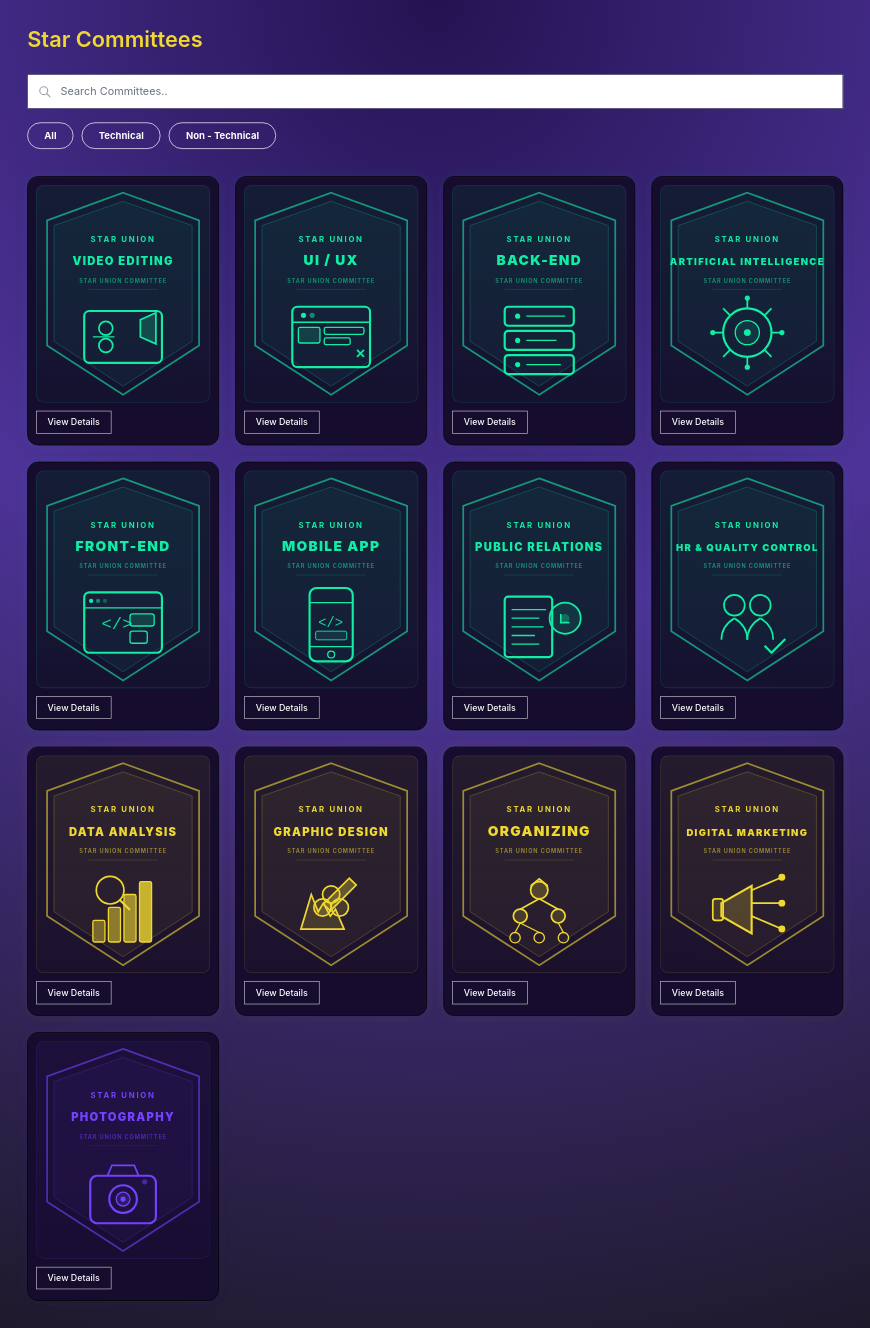
Repository: Frontend-Committee/StarUnion-Website
Page: /committees
An editor plug-in stored every save of this project. The page is shown before and after a run of saves, followed by the edit.
The browser window is 1280 px wide. The pictures show the whole page, at 68% of full size.
The project was rebuilt for these pictures with package versions that can differ from the ones it lists, and the page was loaded fresh each time. Also part of the build but not shown: vite.config.js, src/features/committees/pages/CommitteeDetailsPage.jsx, src/components/common/Navbar.jsx, src/components/common/Footer.jsx.

Above is the page before, as saved 2026-02-26 02:54:25.

### index.html
<!doctype html>
<html lang="en">
  <head>
    <meta charset="UTF-8" />
    <meta name="viewport" content="width=device-width, initial-scale=1.0" />
    <title>star-union</title>
  </head>
  <body>
    <div id="root"></div>
    <script type="module" src="/src/main.jsx"></script>
  </body>
</html>

### src/App.jsx
import { BrowserRouter, Route, Routes } from "react-router-dom";
import "./App.css";

import CommitteeDetailsPage from "./features/committees/pages/CommitteeDetailsPage";
import CommitteesPage from "./features/committees/pages/CommitteesPage";
import MainLayout from "./layouts/MainLayout";

function App() {
  return (
    <BrowserRouter>
      <Routes>
        <Route element={<MainLayout />}>
          <Route path="/committees" element={<CommitteesPage />} />
          <Route path="/committees/:slug" element={<CommitteeDetailsPage />} />
          {/* Fallback — redirect to committees for now */}
          <Route path="*" />
        </Route>
      </Routes>
    </BrowserRouter>
  );
}

export default App;

### src/App.css
@tailwind base;
@tailwind components;
@tailwind utilities;

/* Import Inter from Google Fonts */
@import url("https://fonts.googleapis.com/css2?family=Inter:wght@400;500;600;700;800;900&display=swap");

/* Base global styles */
* {
  margin: 0;
  padding: 0;
  box-sizing: border-box;
}

html {
  scroll-behavior: smooth;
}

body {
  font-family:
    "Inter",
    -apple-system,
    BlinkMacSystemFont,
    "Segoe UI",
    Roboto,
    sans-serif;
  -webkit-font-smoothing: antialiased;
  -moz-osx-font-smoothing: grayscale;
}

/* Hide scrollbar utility */
.scrollbar-hide {
  -ms-overflow-style: none;
  scrollbar-width: none;
}
.scrollbar-hide::-webkit-scrollbar {
  display: none;
}

### src/features/committees/pages/CommitteesPage.jsx
import { AnimatePresence, motion as Motion } from "framer-motion";
import { useMemo, useState } from "react";
import ScrollAnimation from "../../../components/ui/ScrollAnimation";
import {
  COMMITTEE_CATEGORIES,
  COMMITTEES_DATA,
} from "../../../utils/constants";
import CommitteeCard from "../components/CommitteeCard";

const FILTER_TABS = [
  { label: "All", value: COMMITTEE_CATEGORIES.ALL },
  { label: "Technical", value: COMMITTEE_CATEGORIES.TECHNICAL },
  { label: "Non - Technical", value: COMMITTEE_CATEGORIES.NON_TECHNICAL },
];

export default function CommitteesPage() {
  const [searchQuery, setSearchQuery] = useState("");
  const [activeFilter, setActiveFilter] = useState(COMMITTEE_CATEGORIES.ALL);

  const filteredCommittees = useMemo(() => {
    return COMMITTEES_DATA.filter((c) => {
      const matchesSearch = c.name
        .toLowerCase()
        .includes(searchQuery.toLowerCase());
      const matchesFilter =
        activeFilter === COMMITTEE_CATEGORIES.ALL || c.type === activeFilter;
      return matchesSearch && matchesFilter;
    });
  }, [searchQuery, activeFilter]);

  return (
    <section className="min-h-screen bg-gradientBg3 py-10 px-4 md:px-8">
      <div className="max-w-[1200px] mx-auto">
        {/* Page Title */}
        <ScrollAnimation variant="fade-down">
          <h1 className="text-h2 text-tertiary font-semibold mb-8">
            Star Committees
          </h1>
        </ScrollAnimation>

        {/* Search Bar */}
        <ScrollAnimation variant="fade-up" delay={100}>
          <div className="relative mb-5">
            <div className="absolute inset-y-0 left-4 flex items-center pointer-events-none">
              <svg
                className="w-5 h-5 text-gray-400"
                fill="none"
                stroke="currentColor"
                viewBox="0 0 24 24"
              >
                <path
                  strokeLinecap="round"
                  strokeLinejoin="round"
                  strokeWidth={2}
                  d="M21 21l-6-6m2-5a7 7 0 11-14 0 7 7 0 0114 0z"
                />
              </svg>
            </div>
            <input
              id="committee-search"
              type="text"
              placeholder="Search Committees.."
              value={searchQuery}
              onChange={(e) => setSearchQuery(e.target.value)}
              className="w-full  text-white pl-12 pr-4 py-3 rounded-lg border border-[#2a2050] focus:border-primary focus:outline-none placeholder-gray-500 text-body font-normal transition-colors"
            />
          </div>
        </ScrollAnimation>

        {/* Filter Tabs */}
        <ScrollAnimation variant="fade-up" delay={200}>
          <div className="flex gap-3 mb-10">
            {FILTER_TABS.map((tab) => (
              <button
                key={tab.value}
                id={`filter-${tab.value}`}
                onClick={() => setActiveFilter(tab.value)}
                className={`px-6 py-2 w- rounded-full text-[14px] font-bold transition-all duration-300 ${
                  activeFilter === tab.value
                    ? "bg-primary text-white border border-white"
                    : "border border-primary  text-white hover:bg-white/10"
                }`}
              >
                {tab.label}
              </button>
            ))}
          </div>
        </ScrollAnimation>

        {/* Committees Grid */}
        <Motion.div
          layout
          className="grid grid-cols-1 sm:grid-cols-2 lg:grid-cols-4 gap-6"
        >
          <AnimatePresence mode="popLayout">
            {filteredCommittees.map((committee, index) => (
              <Motion.div
                key={committee.id}
                layout
                initial={{ opacity: 0, scale: 0.9 }}
                animate={{ opacity: 1, scale: 1 }}
                exit={{ opacity: 0, scale: 0.9 }}
                transition={{ duration: 0.3 }}
              >
                <CommitteeCard
                  committee={committee}
                  delay={(index % 4) * 150}
                />
              </Motion.div>
            ))}
          </AnimatePresence>
        </Motion.div>

        {/* Empty state */}
        {filteredCommittees.length === 0 && (
          <ScrollAnimation variant="fade-up">
            <div className="text-center py-20">
              <p className="text-gray-400 text-h4">No committees found</p>
              <p className="text-gray-500 mt-2 text-body font-normal">
                Try adjusting your search or filter
              </p>
            </div>
          </ScrollAnimation>
        )}
      </div>
    </section>
  );
}

### src/layouts/MainLayout.jsx
import { Outlet } from "react-router-dom";
import Navbar from "../components/common/Navbar";
import Footer from "../components/common/Footer";

export default function MainLayout() {
  return (
    <div className="flex flex-col min-h-screen">
      {/* <Navbar /> */}
      <main className="flex-1">
        <Outlet />
      </main>
      {/* <Footer /> */}
    </div>
  );
}

### src/components/ui/ScrollAnimation.jsx
import { useEffect, useRef, useState } from 'react';

export default function ScrollAnimation({
    children,
    className = '',
    variant = 'fade-up',
    delay = 0,
    style
}) {
    const [isVisible, setIsVisible] = useState(false);
    const ref = useRef(null);

    useEffect(() => {
        const observer = new IntersectionObserver(([entry]) => {
            if (!entry) return;
            if (entry.isIntersecting) {
                setIsVisible(true);
                observer.disconnect();
            }
        }, { threshold: 0.1 });

        if (ref.current) observer.observe(ref.current);
        return () => observer.disconnect();
    }, []);

    const variants = {
        'fade-up': 'translate-y-10',
        'fade-down': '-translate-y-10',
        'fade-left': 'translate-x-10',
        'fade-right': '-translate-x-10',
        'zoom-in': 'scale-95'
    };

    return (
        <div
            ref={ref}
            className={`transition-all duration-700 ease-out ${isVisible
                ? 'opacity-100 transform-none'
                : `opacity-0 ${variants[variant]}`
            } ${className}`}
            style={{ transitionDelay: `${delay}ms`, ...style }}
        >
            {children}
        </div>
    );
}

### src/features/committees/components/CommitteeCard.jsx
import { motion as Motion } from "framer-motion";
import { Link } from "react-router-dom";
import ScrollAnimation from "../../../components/ui/ScrollAnimation";
import { ACCENT_COLORS } from "../../../utils/constants";
import CommitteeBadge from "./CommitteeBadge";

export default function CommitteeCard({ committee, delay = 0 }) {
  const color = ACCENT_COLORS[committee.accent] || ACCENT_COLORS.teal;

  return (
    <ScrollAnimation variant="fade-up" delay={delay} className="h-full">
      <Link to={`/committees/${committee.slug}`} className="block group h-full">
        <Motion.div
          whileHover={{ scale: 1.04, y: -4 }}
          transition={{ type: "spring", stiffness: 300, damping: 20 }}
          className="relative rounded-[16px] overflow-hidden border border-primary/40 bg-[#160d2e] cursor-pointer h-full flex flex-col"
          style={{
            boxShadow: `0 0 20px ${color}10, inset 0 1px 0 ${color}15`,
          }}
        >
          {/* Badge illustration area */}
          <div className="flex-1 p-3 pb-2">
            <div
              className="w-full aspect-[4/5] rounded-xl overflow-hidden flex items-center justify-center relative"
              style={{
                background: `linear-gradient(180deg, ${color}12 0%, ${color}06 100%)`,
                border: `1px solid ${color}25`,
              }}
            >
              <CommitteeBadge
                name={committee.name}
                icon={committee.icon}
                color={color}
              />
            </div>
          </div>

          {/* View Details button */}
          <div className="px-3 pb-4 pt-1">
            <span className="inline-block px-4 py-[6px] text-[13px] text-white border border-white/70 rounded-md font-medium group-hover:bg-white/10 transition-colors duration-200">
              View Details
            </span>
          </div>

          {/* Hover glow effect */}
          <div
            className="absolute inset-0 opacity-0 group-hover:opacity-100 transition-opacity duration-300 pointer-events-none rounded-[16px]"
            style={{
              boxShadow: `0 0 40px ${color}20, 0 0 80px ${color}10`,
            }}
          />
        </Motion.div>
      </Link>
    </ScrollAnimation>
  );
}

Loaded but not shown: src/main.jsx (common file); src/utils/constants.js (185 lines, source omitted); tailwind.config.js (158 lines, source omitted); src/features/committees/components/CommitteeBadge.jsx (604 lines, source omitted)

After the next 2 saves:
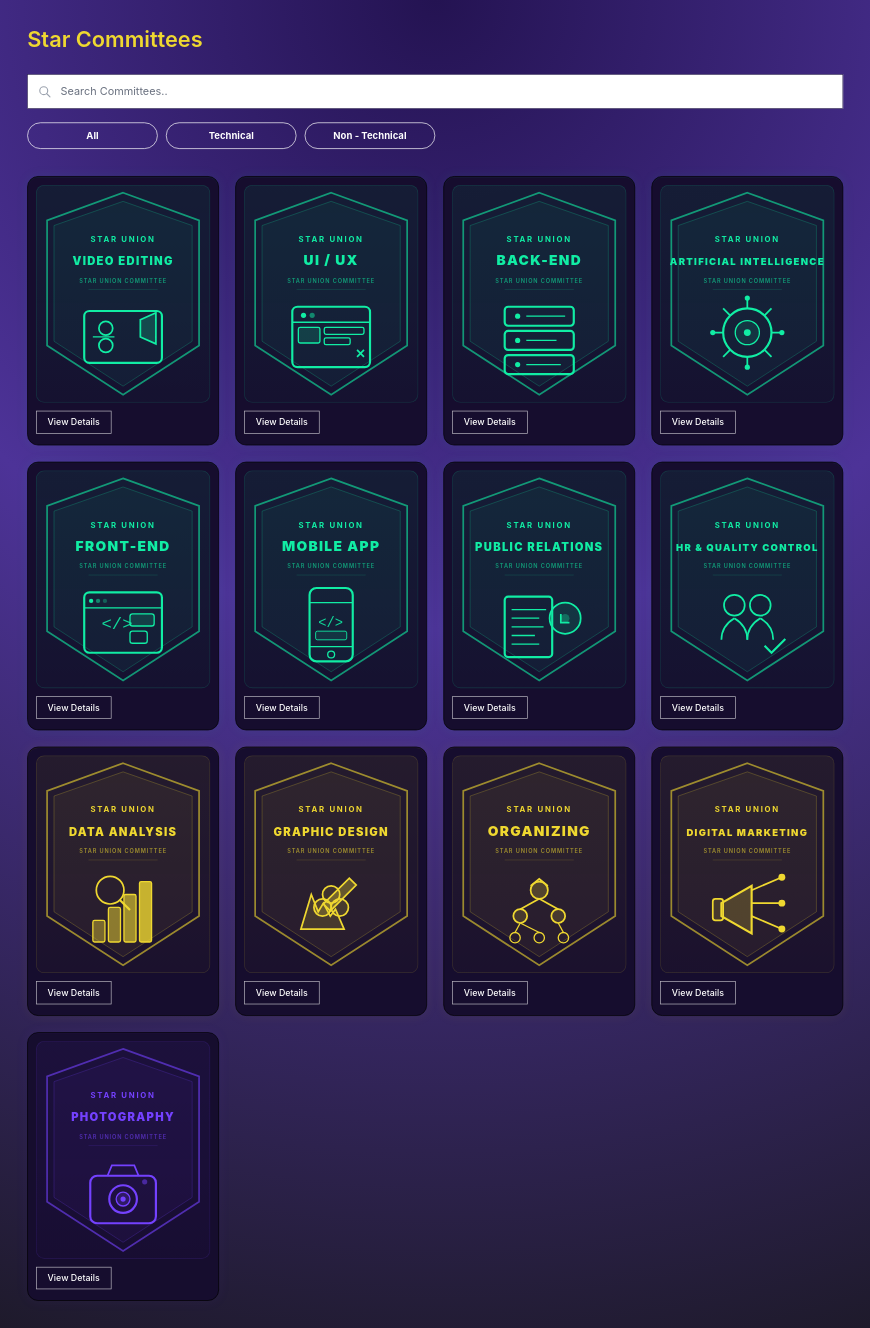
The 2 saves are shown as one change because they came seconds apart.
The last was saved 7 s later.
--- a/src/features/committees/pages/CommitteesPage.jsx
+++ b/src/features/committees/pages/CommitteesPage.jsx
@@ -75,7 +75,7 @@ export default function CommitteesPage() {
                 key={tab.value}
                 id={`filter-${tab.value}`}
                 onClick={() => setActiveFilter(tab.value)}
-                className={`px-6 py-2 w- rounded-full text-[14px] font-bold transition-all duration-300 ${
+                className={`px-6 py-2 w-48 rounded-full text-[14px] font-bold transition-all duration-300 ${
                   activeFilter === tab.value
                     ? "bg-primary text-white border border-white"
                     : "border border-primary  text-white hover:bg-white/10"
